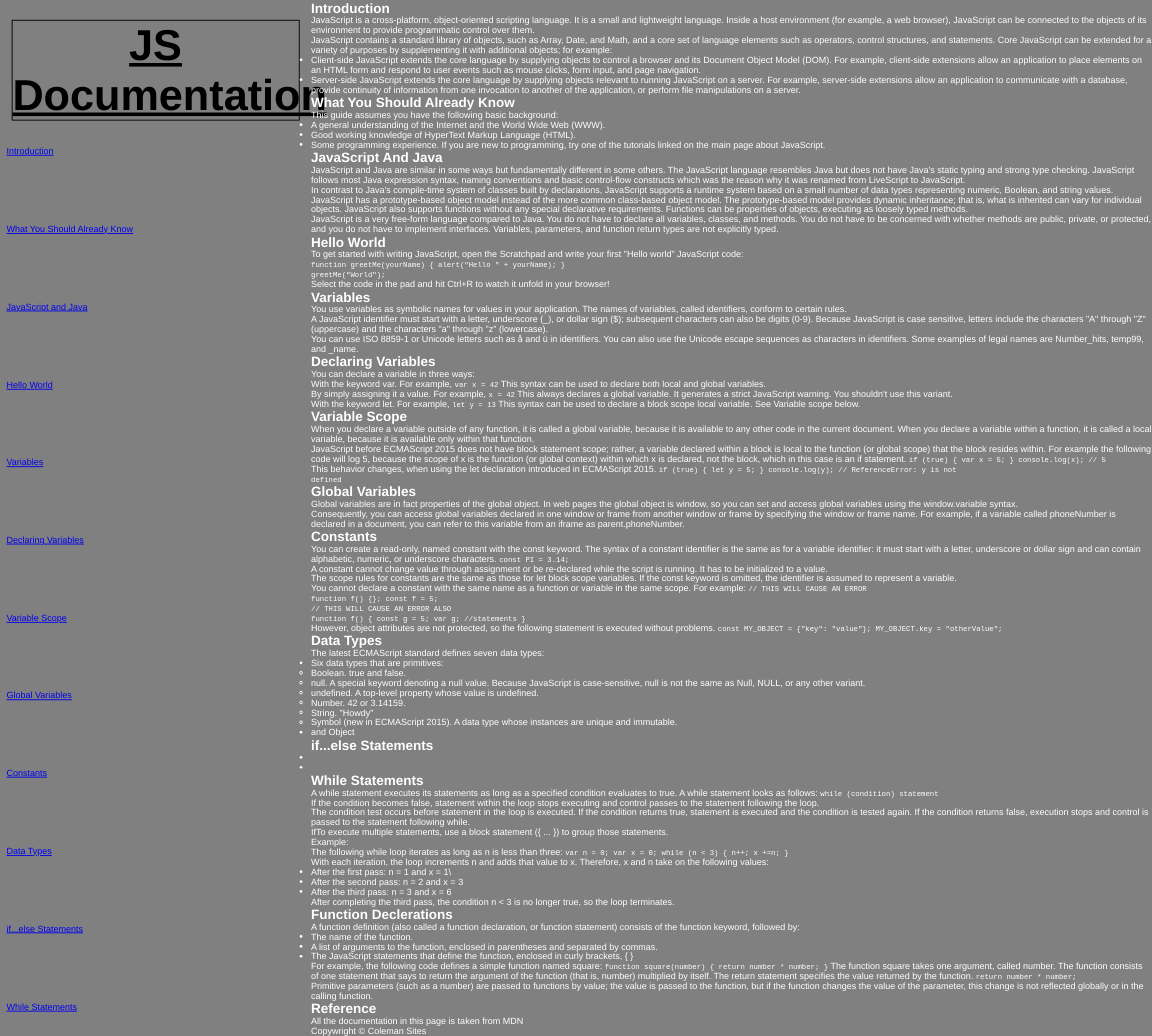
Repository: ctcoleman/technicalDocumentationPage
Page: index.html
These files come from the project's save history. The page is drawn as it stood at one moment and after a run of saves; the edit follows.
The browser window is 1280 px wide. The pictures show the whole page, at 90% of full size.

Above is the page before, as saved 2020-07-10 19:52:55.

After the next 2 saves:
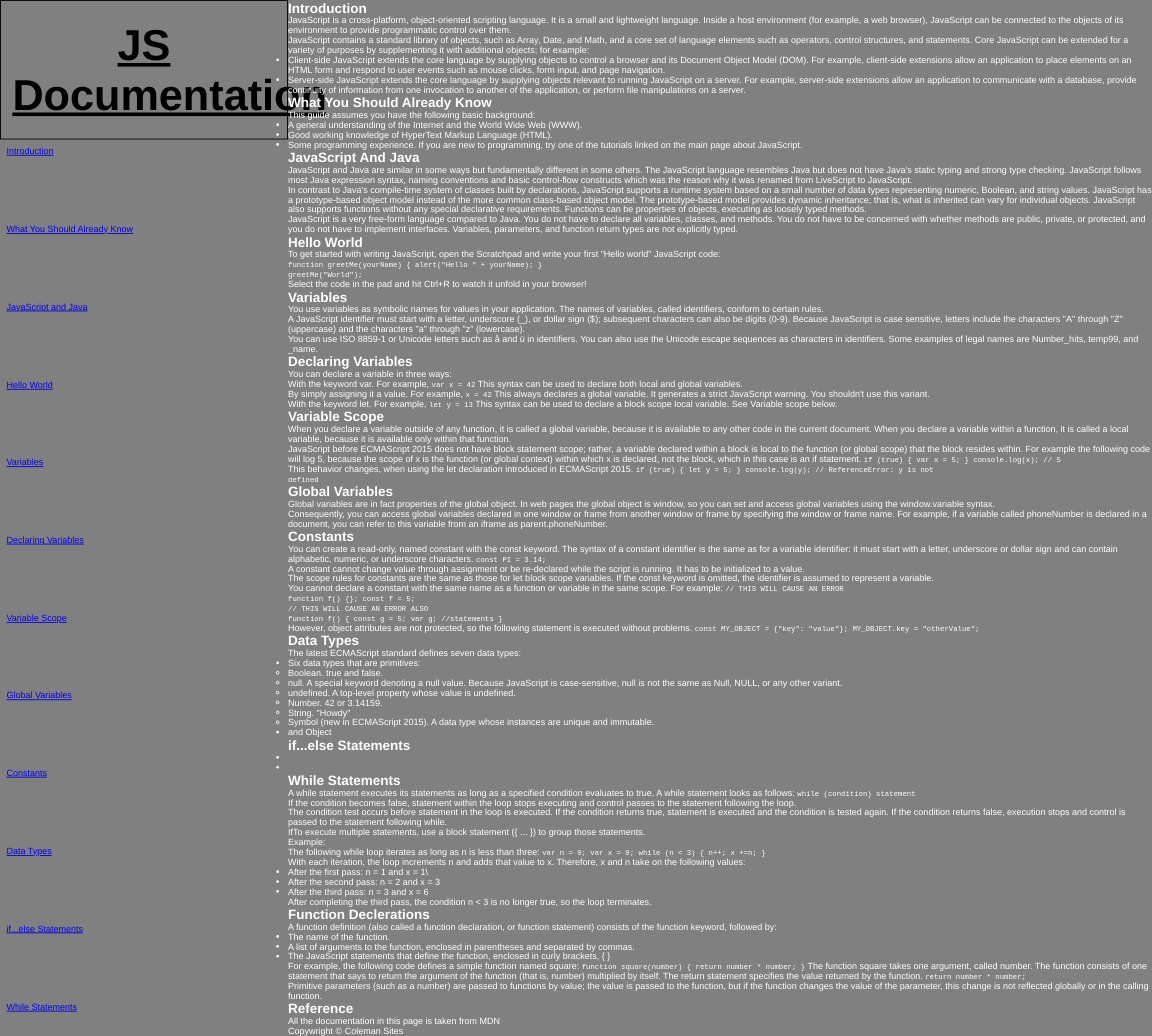
The 2 saves are shown as one change because they came seconds apart.
The last was saved 31 s later.
--- a/assets/stylesheets/style.css
+++ b/assets/stylesheets/style.css
@@ -31,7 +31,7 @@ button {
 /** Heading Stying **/
 
 #main-heading {
-  margin: 3vh 1vw;
+  padding: 3vh 1vw;
   width: 25vw;
   text-align: center;
   text-decoration: underline;
